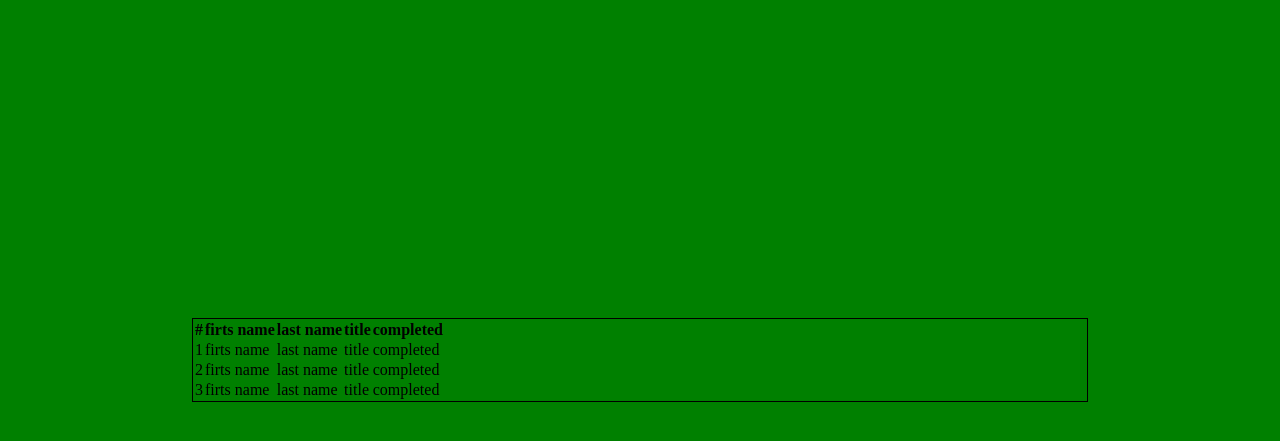
Repository: beva3/myCodepen
Page: table/index.html
An editor plug-in stored every save of this project. The page is shown before and after the next save, followed by the edit.
The browser window is 1280 px wide. The pictures show the whole page.

Above is the page before, as saved 2024-05-11 10:51:17.

After the next save:
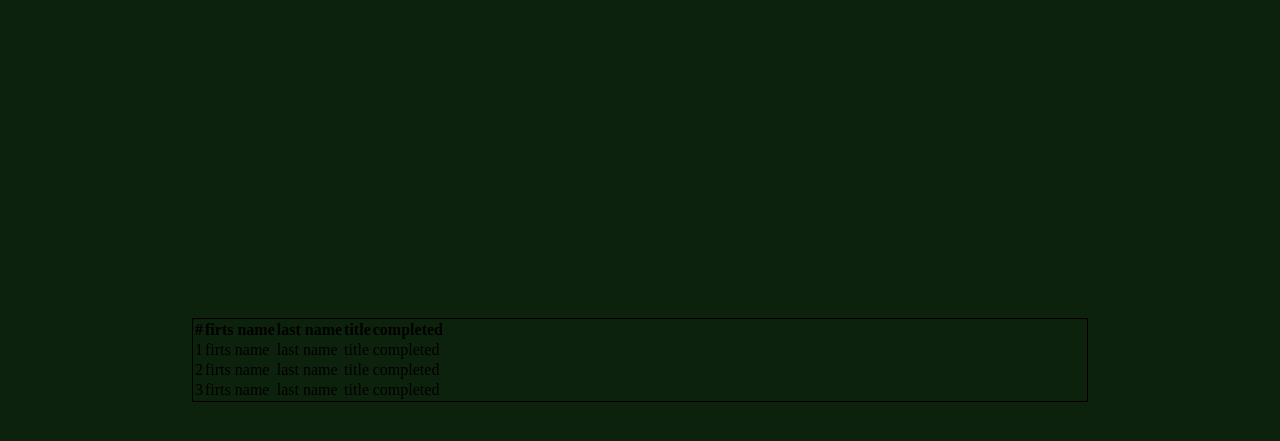
Saved 7 s later.
--- a/table/style.css
+++ b/table/style.css
@@ -8,7 +8,7 @@ body{
     display: flex;
     justify-content: center;
     align-items: center;
-    background: green;
+    background: rgb(13, 34, 13);
 }
 .content{
     border: 1px solid black;
